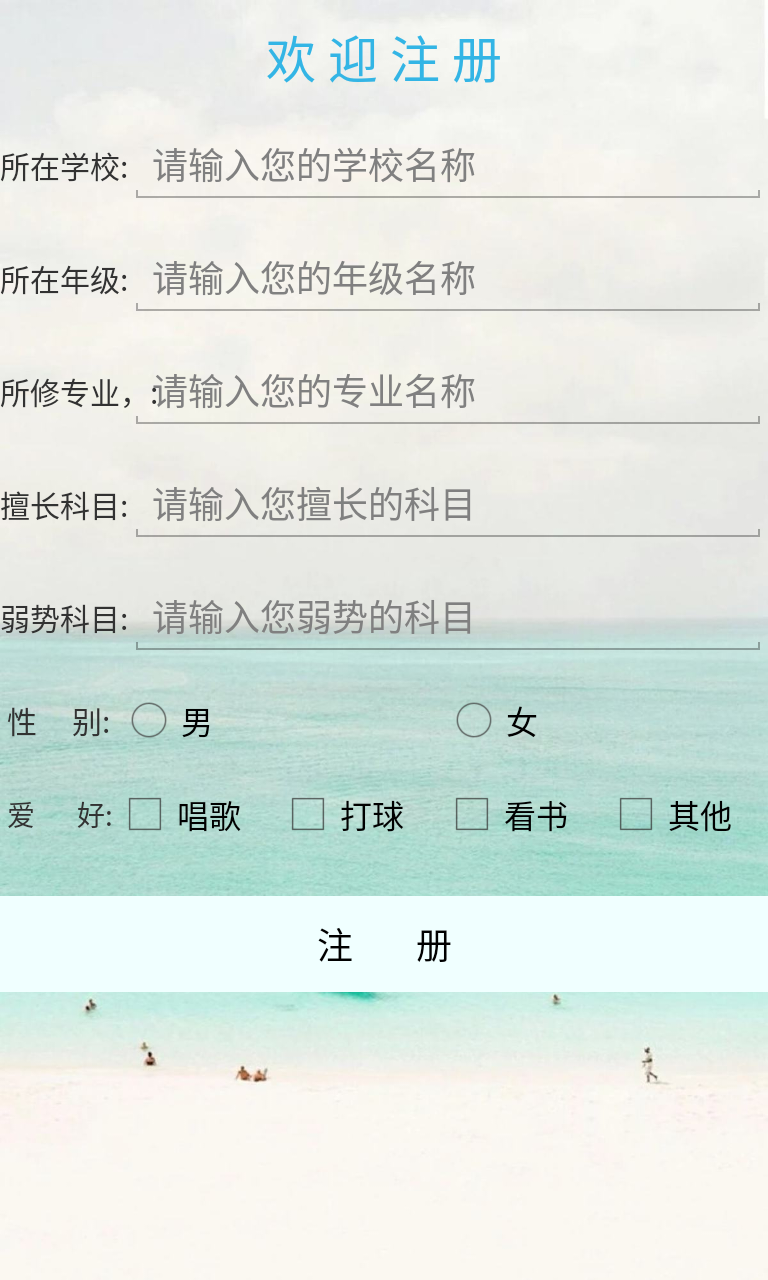
Repository: 17390089054/android
Layout: learning/res/layout/activity_main.xml
The author's editor kept a copy of each file at every save. The layout is drawn from the files as they stood at one save, then again after the next save.
It is drawn on a 768 x 1280 px phone screen (xhdpi) without system bars, with theme AppTheme; the app's code is not run.

Above is the layout before, as saved 2018-05-01 14:21:09.

After the next save:
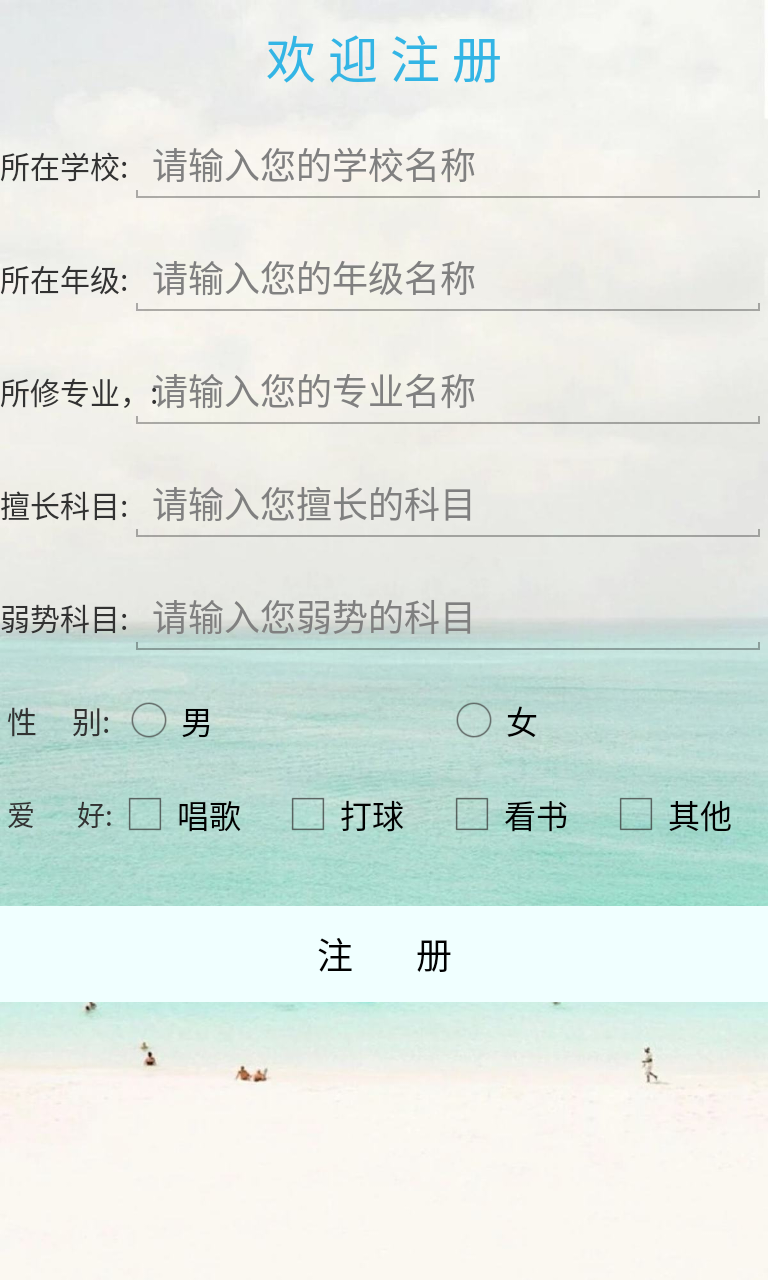
Saved 17 s later.
--- a/learning/res/layout/activity_main.xml
+++ b/learning/res/layout/activity_main.xml
@@ -223,7 +223,7 @@
 	  	android:gravity="center"
 	    android:text="注       册"
 	    android:background="#f0ffff"
-	    android:layout_marginTop="25dp"
+	    android:layout_marginTop="30dp"
 		android:layout_gravity="bottom"
 	    />
 
